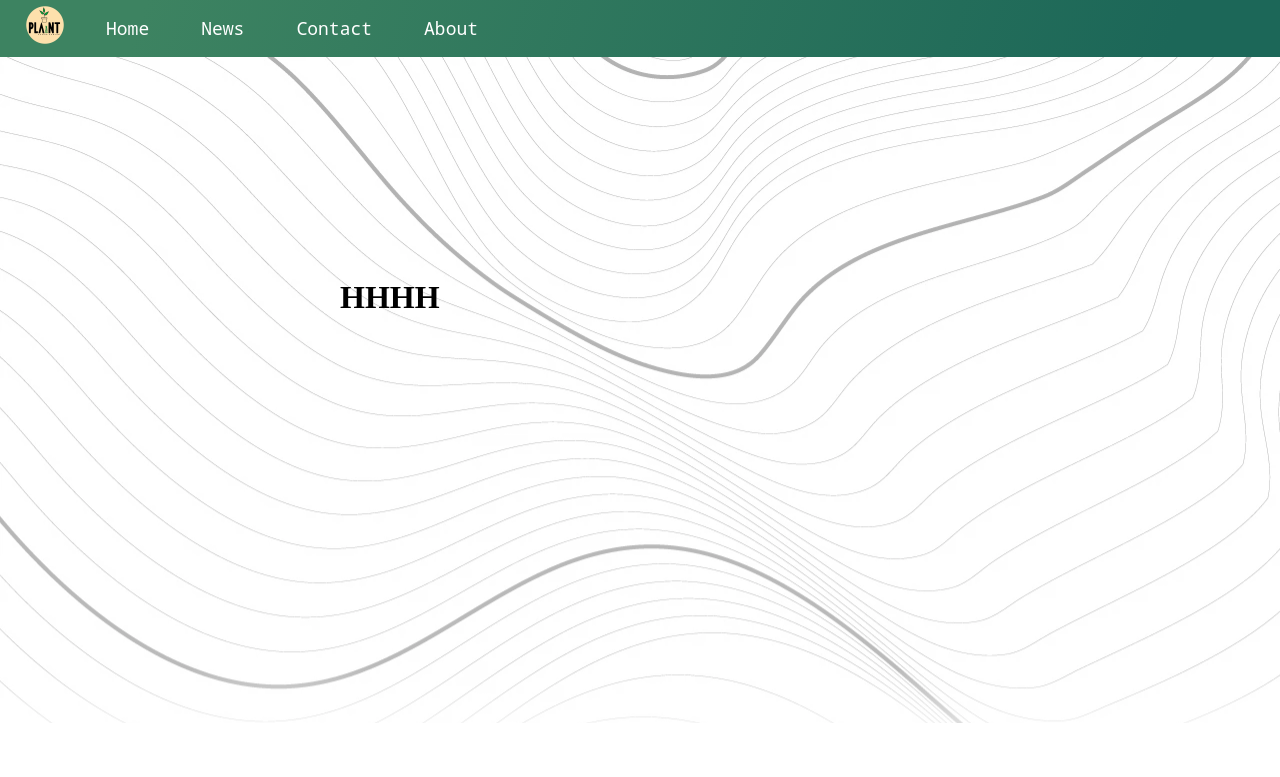
Repository: Flexo874/ISITECH-HTML-CSS
Page: about.html
The author's editor kept a copy of each file at every save. The page is drawn from the files as they stood at one save, then again after the next save.
The browser window is 1280 px wide. The pictures show the whole page.

Above is the page before, as saved 2024-01-04 16:43:54.

After the next save:
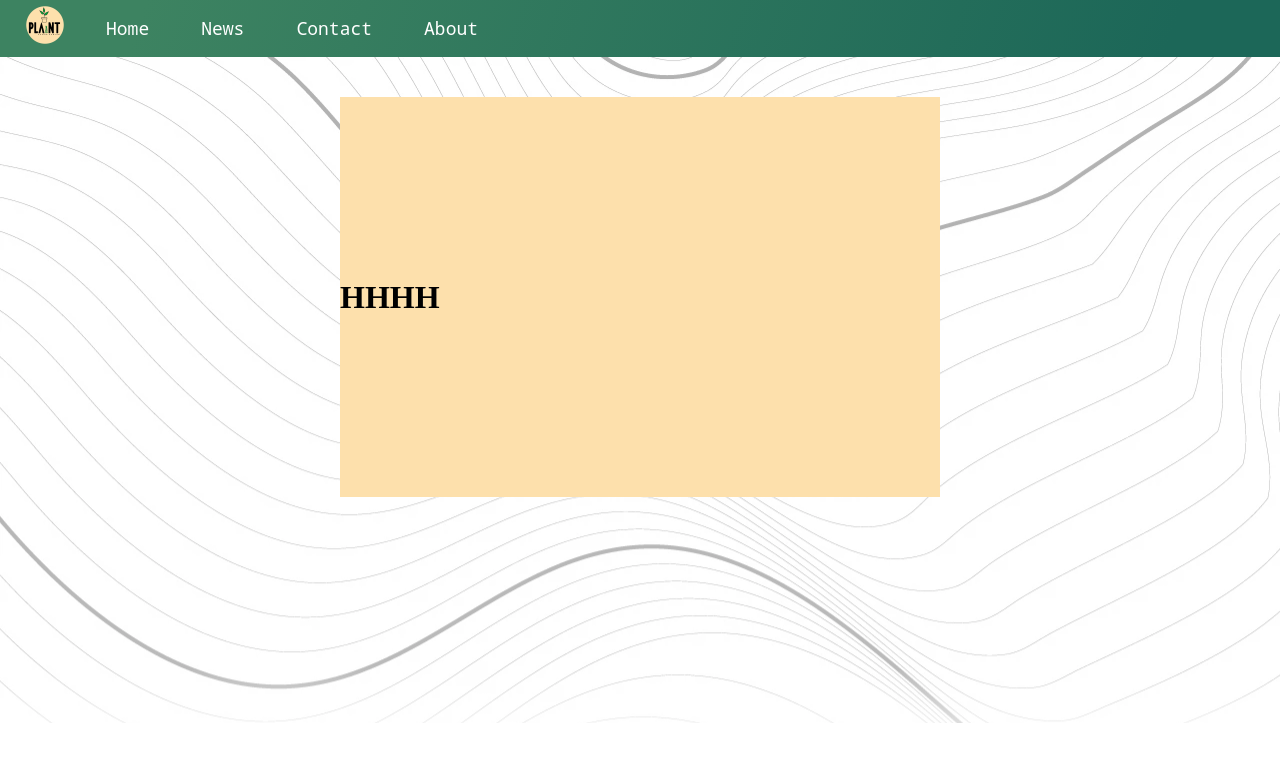
Saved 28 s later.
--- a/about.css
+++ b/about.css
@@ -74,7 +74,7 @@
     position: relative;
     align-items: center;
     width: 600px;
-    background-color:;
+    background-color:#FDE0AC;
     height: 400px;
     display: flex;
     align-items:center;
